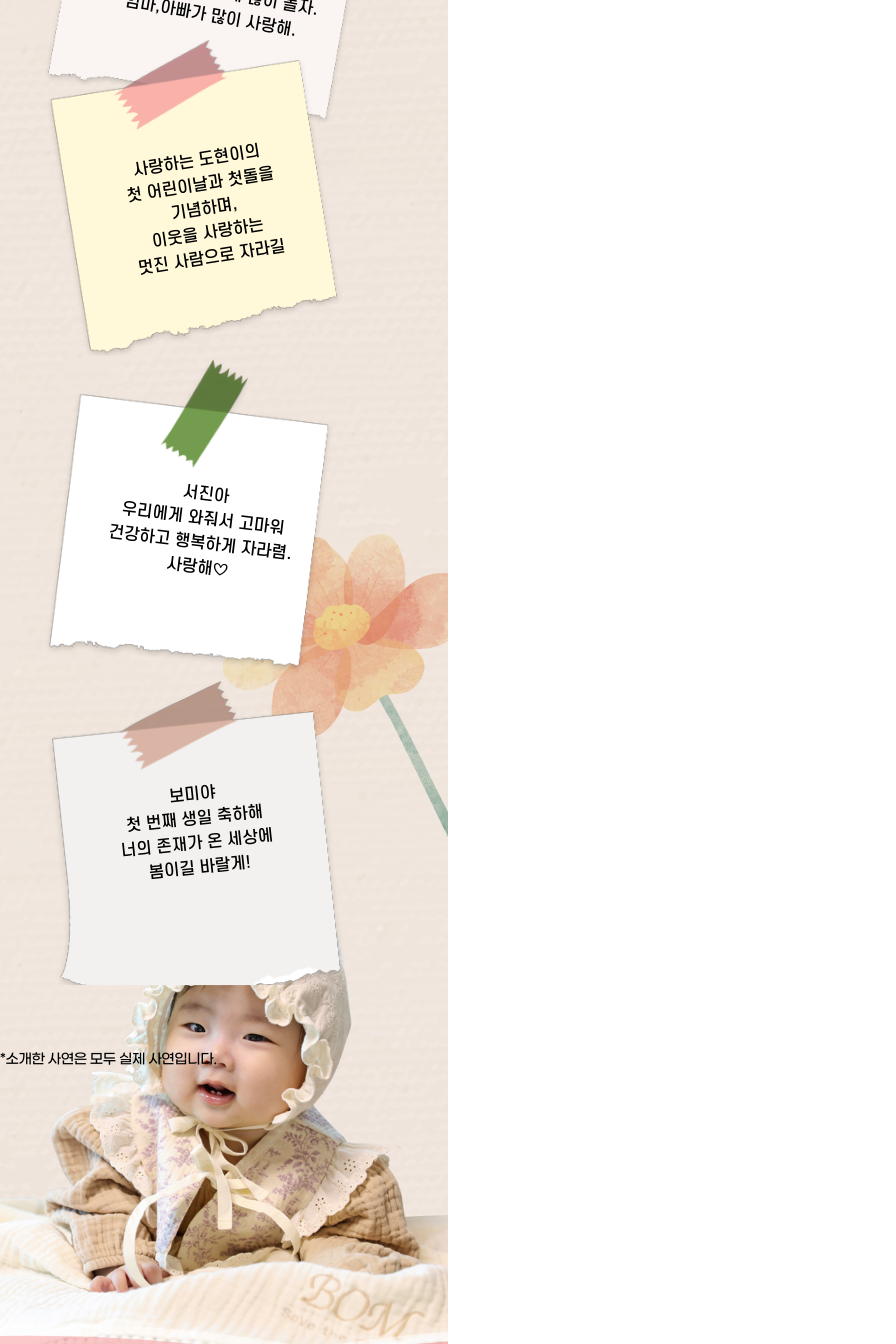
Repository: dlgywls1130/save_children_m
Page: index.html
The author's editor kept a copy of each file at every save. The page is drawn from the files as they stood at one save, then again after the next save.
The browser window is 1280 px wide. The pictures show the part of the page from y = 1735 to 3655 px (the page is 9658 px tall), at 70% of full size.

Above is the page before, as saved 2023-12-13 19:08:26.

After the next save:
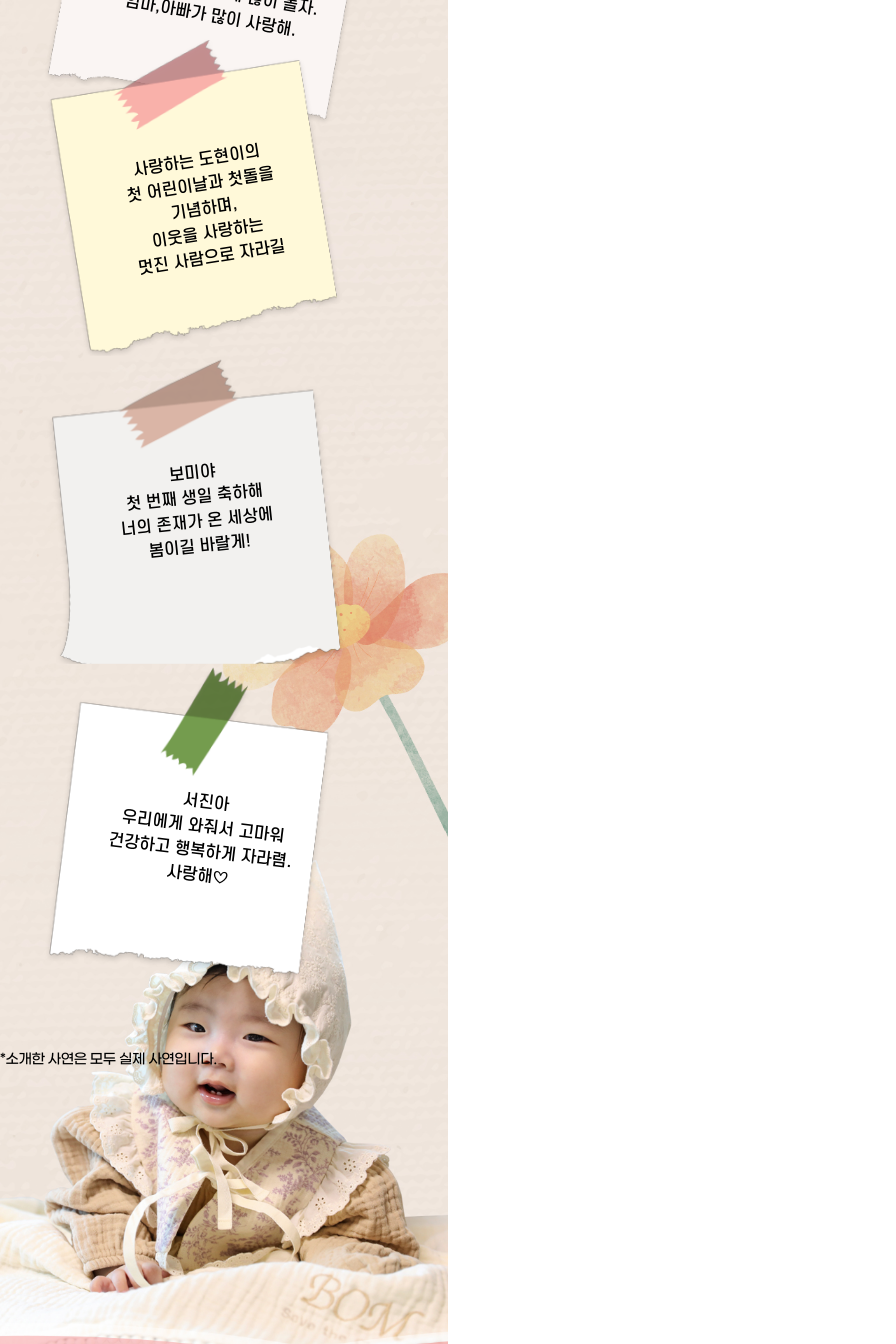
Saved 22 s later.
--- a/index.html
+++ b/index.html
@@ -65,18 +65,18 @@
                         멋진 사람으로 자라길</p>
 
                     </div>
+                    <div class="postit postit04">
+                        <p>보미야<br>
+                        첫 번째 생일 축하해<br>
+                        너의 존재가 온 세상에<br>
+                        봄이길 바랄게!   </p>
+                    </div>
 
                     <div class="postit postit03">
                         <p>서진아<br>
                         우리에게 와줘서 고마워<br>
                         건강하고 행복하게 자라렴.<br>
                         사랑해♡      </p>
-                    </div>
-                    <div class="postit postit04">
-                        <p>보미야<br>
-                        첫 번째 생일 축하해<br>
-                        너의 존재가 온 세상에<br>
-                        봄이길 바랄게!   </p>
                     </div>
 
                 </div>
